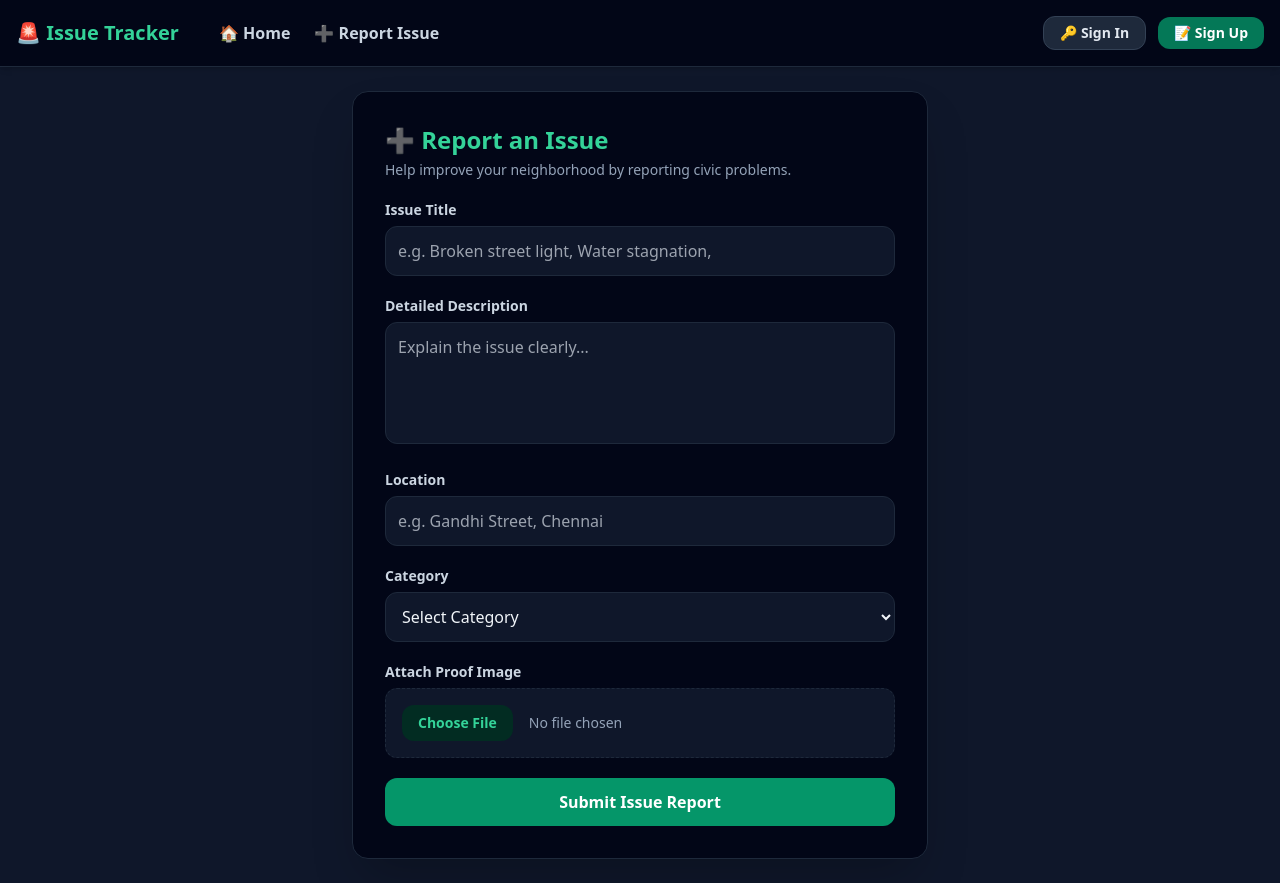
Repository: pugazhendhiprem3-cp/local-issue-management-system-.-.-.
Page: /create-issue (app in my-react-app/)
An editor plug-in stored every save of this project. The page is shown before and after a run of saves, followed by the edit.
The browser window is 1280 px wide. The pictures show the whole page.
The project was rebuilt for these pictures with package versions that can differ from the ones it lists, and the page was loaded fresh each time. Also part of the build but not shown: my-react-app/vite.config.js, my-react-app/src/pages/IssuesFeed.jsx, my-react-app/src/pages/login.jsx, my-react-app/src/pages/Signup.jsx.

Above is the page before, as saved 2026-05-23 14:19:11.

After the next 2 saves:
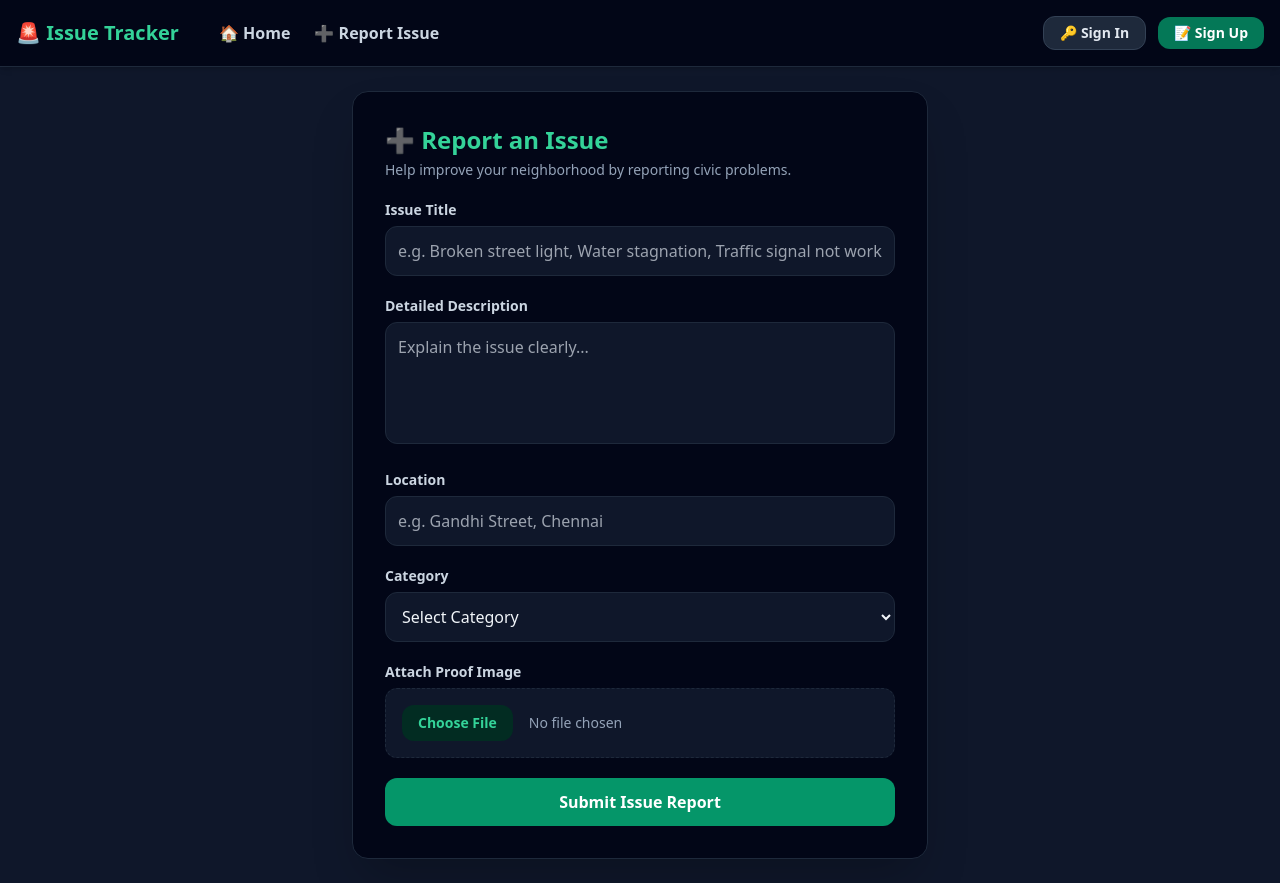
The 2 saves are shown as one change because they came seconds apart.
The last was saved 14 s later.
--- a/my-react-app/src/pages/CreateIssue.jsx
+++ b/my-react-app/src/pages/CreateIssue.jsx
@@ -120,7 +120,7 @@ const CreateIssue = () => {
                         name="title"
                         value={formDataState.title}
                         onChange={handleChange}
-                        placeholder="e.g. Broken street light, Water stagnation, "
+                        placeholder="e.g. Broken street light, Water stagnation, Traffic signal not working, "
                         required
                         className="w-full p-3 rounded-xl bg-slate-900 border border-slate-800 focus:outline-none focus:border-emerald-500 text-slate-100"
                     />
